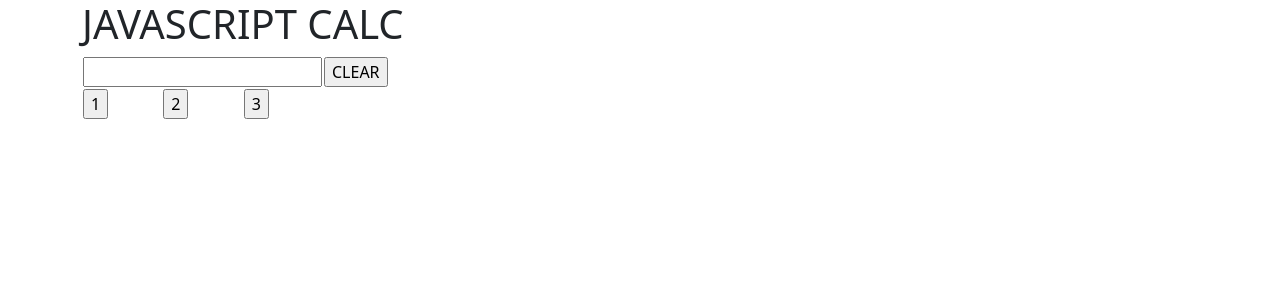
Repository: harryninja/14JsReact
Page: CalcJS/index.html
The author's editor kept a copy of each file at every save. The page is drawn from the files as they stood at one save, then again after the next save.
The browser window is 1280 px wide. The pictures show the whole page.

Above is the page before, as saved 2022-03-08 22:42:11.

After the next save:
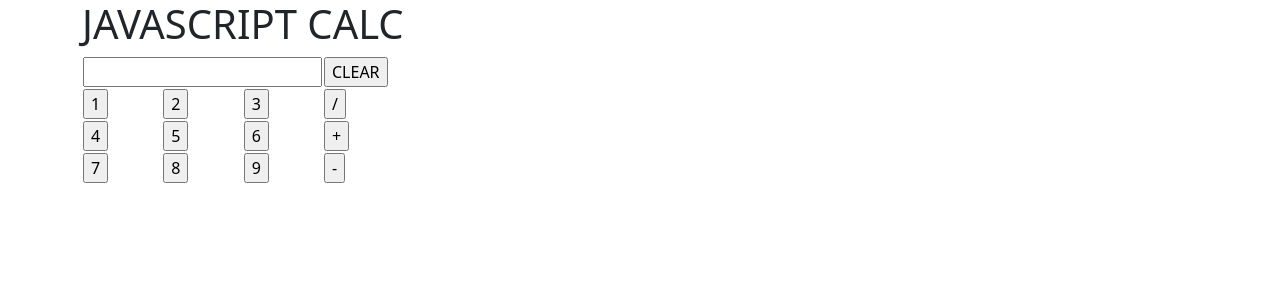
Saved 119 s later.
--- a/CalcJS/index.html
+++ b/CalcJS/index.html
@@ -29,6 +29,19 @@
                         <td><input type="button" value="1" onclick="display('1')"></td>
                         <td><input type="button" value="2" onclick="display('2')"></td>
                         <td><input type="button" value="3" onclick="display('3')"></td>
+                        <td><input type="button" value="/" onclick="display('/')"></td>
+                    </tr>
+                    <tr>
+                        <td><input type="button" value="4" onclick="display('4')"></td>
+                        <td><input type="button" value="5" onclick="display('5')"></td>
+                        <td><input type="button" value="6" onclick="display('6')"></td>
+                        <td><input type="button" value="+" onclick="display('+')"></td>
+                    </tr>
+                    <tr>
+                        <td><input type="button" value="7" onclick="display('7')"></td>
+                        <td><input type="button" value="8" onclick="display('8')"></td>
+                        <td><input type="button" value="9" onclick="display('9')"></td>
+                        <td><input type="button" value="-" onclick="display('-')"></td>
                     </tr>
                 </table>
             </div>
